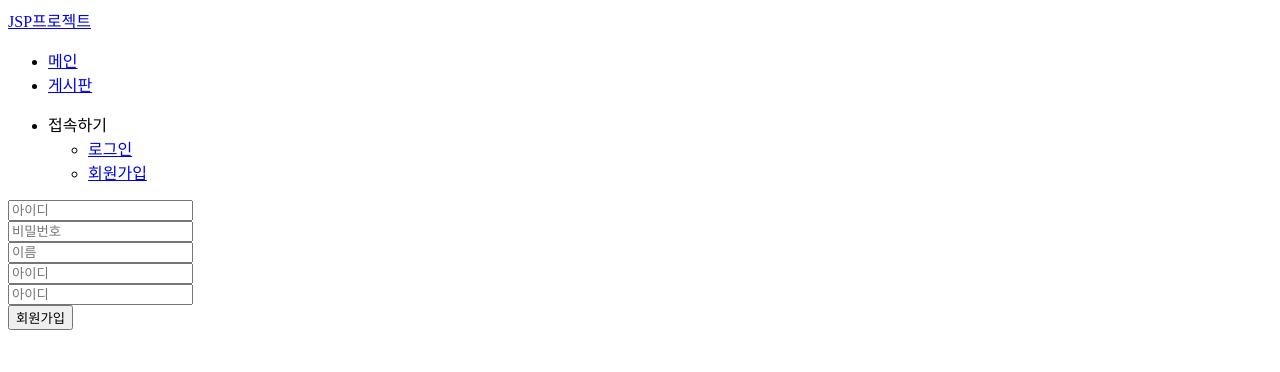
Repository: KimJeongSeok98/ComputerDepartmentPage-JSP
Page: http://localhost/JSP/join.jsp
The author's editor kept a copy of each file at every save. The page is drawn from the files as they stood at one save, then again after the next save.
The browser window is 1280 px wide. The pictures show the whole page.
The page is served by Tomcat 9. Other server files are loaded and not shown.

Above is the page before, as saved 2022-06-04 17:58:16.

### JSP/src/main/webapp/join.jsp
<%@ page language="java" contentType="text/html; charset=UTF-8"
    pageEncoding="UTF-8"%>
<!DOCTYPE html>
<html>
<head>
<meta charset="UTF-8">
<title>메인페이지</title>
</head>
<body>
<div>
<a href="main.jsp">JSP프로젝트</a> <!--좌측 상단 메인페이지 연결-->
</div>
<div>
	<ul>
		<li>
		<a href="main.jsp">메인</a> <!--좌측 상단 메인페이지 연결-->
		</li>
		<li>
		<a href="bbs.jsp">게시판</a> <!--좌측 상단 메인페이지 연결-->
		</li>
	</ul>

	<ul>
		<li>
			<a>접속하기</a>
			<ul>
				<li>
				<a href="login.jsp">로그인</a><!--로그인 jsp로 이동-->
				</li>
				<li>
				<a href="join.jsp">회원가입</a><!--회원가입 jsp로 이동-->
				</li>
			</ul>
		</li>
	</ul>
</div>
<div class="container"> <!--로그인 양식 생성-->
	<form method="post" action="loginAction.jsp"><!--post:정보를 숨기면서 보내는 메소드 / 로그인 액션으로 로그인 정보를 보내는것 -->
		<div>
		<input type="text" class="form-control" placeholder="아이디" name="userID" maxlength="10"> <!--아이디/name="userID" << DB-->
		</div>

		<div>
		<input type="password" class="form-control" placeholder="비밀번호" name="userPassword" maxlength="20"> <!--비밀번호/name="userPassword" << DB-->
		</div>

		<div>
		<input type="text" class="form-control" placeholder="이름" name="userName" maxlength="10"> <!--이름/name="userName" << DB-->
		</div>

		<div>
		<input type="text" class="form-control" placeholder="아이디" name="userID" maxlength="10"> <!--아이디/name="userID" << DB-->
		</div>

		<div>
		<input type="text" class="form-control" placeholder="아이디" name="userID" maxlength="10"> <!--아이디/name="userID" << DB-->
		</div>

		<div>
		<input type="submit" value="회원가입"> <!--회원가입 버튼-->
		</div>

	</form>
</div>
</body>
</html>

After the next save:
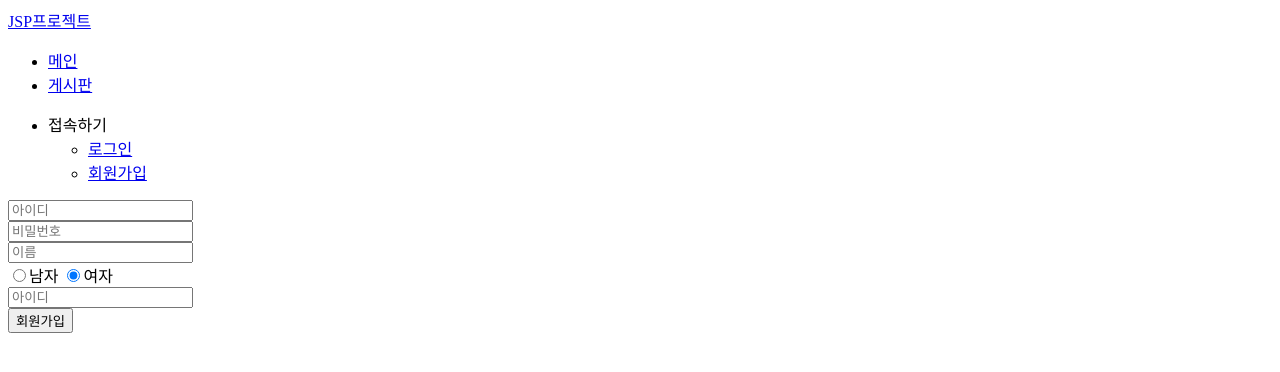
Saved 2 min 11 s later.
--- a/JSP/src/main/webapp/join.jsp
+++ b/JSP/src/main/webapp/join.jsp
@@ -48,9 +48,18 @@
 		<input type="text" class="form-control" placeholder="이름" name="userName" maxlength="10"> <!--이름/name="userName" << DB-->
 		</div>
 
+					<!--성별/name="userGender" << DB-->
 		<div>
-		<input type="text" class="form-control" placeholder="아이디" name="userID" maxlength="10"> <!--아이디/name="userID" << DB-->
-		</div>
+				<div class="btn-group" data-toggle="buttons">
+					<label class="btn btn-primary active">
+						<input type="radio" name="userGender" autocomplete="off" value="남자" checked>남자
+							</label>
+
+							<label class="btn btn-primary">
+						<input type="radio" name="userGender" autocomplete="off" value="여자" checked>여자
+					</label>
+				</div>
+			</div>
 
 		<div>
 		<input type="text" class="form-control" placeholder="아이디" name="userID" maxlength="10"> <!--아이디/name="userID" << DB-->
